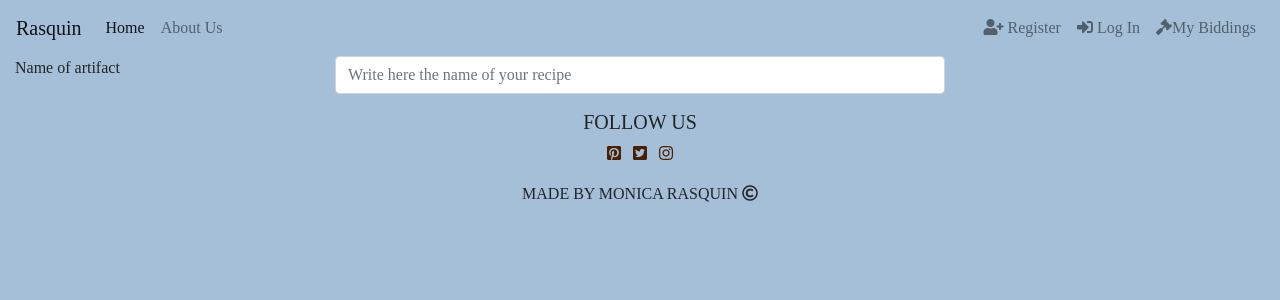
Repository: Rasquin/auction
Page: templates/base.html
The author's editor kept a record of every edit. The page is drawn from the files as they stood at one moment, then again after the next edit.
The browser window is 1280 px wide. The pictures show the whole page.
The template is drawn by Django 2.2. The application's start-up code is not run. The template is opened directly, without the code that normally fills it, so the values that code supplies are empty.

Above is the page before.

After the next edit:
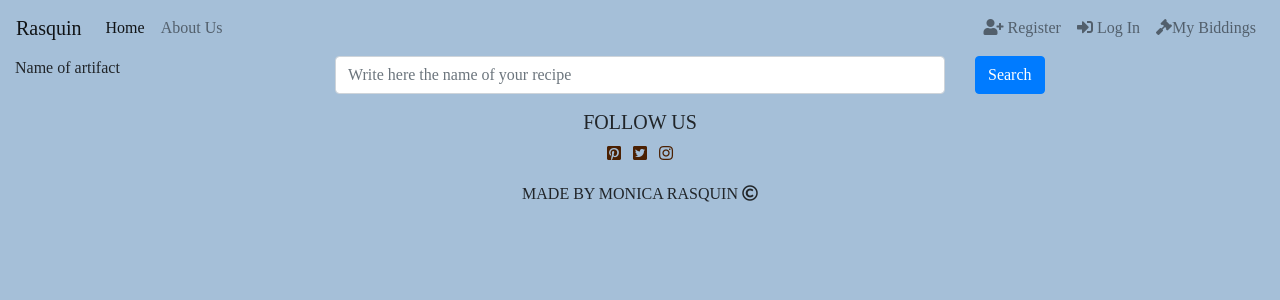
The edit:
--- a/templates/base.html
+++ b/templates/base.html
@@ -98,6 +98,7 @@
                             <input type="text" class="form-control" id="artifact_name" name="artifact_name" required placeholder="Write here the name of your recipe">
                         </div>
                         <div class="col-12 col-md-3 col-lg-3">
+                            <button class="btn btn-primary" type="search">Search</button>
                         </div>
                     </div>
                 </div>
